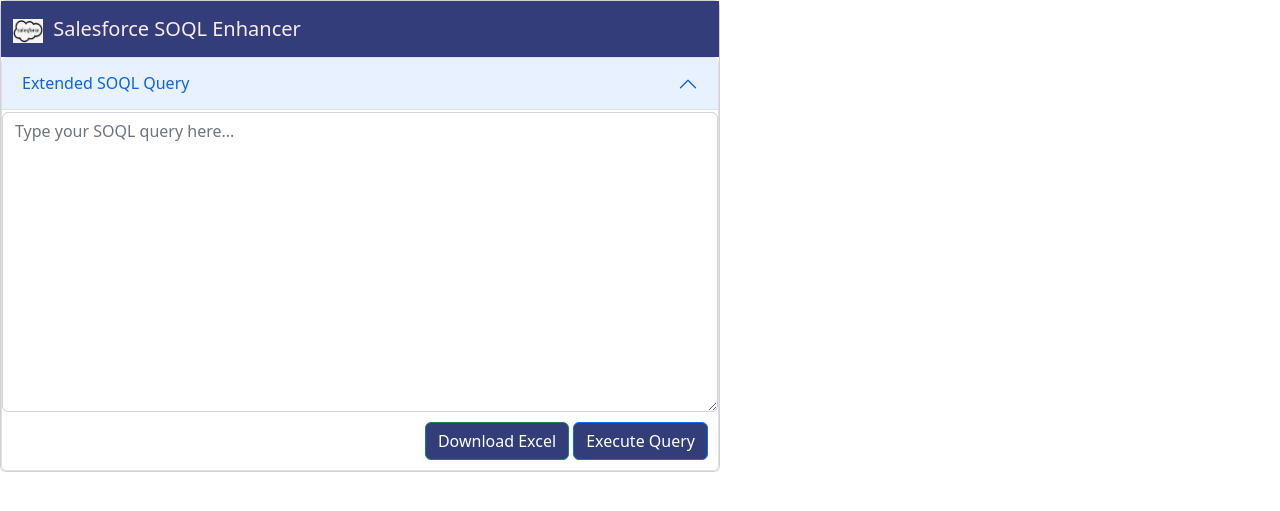
Repository: anweshpargi/salesforceExtension
Page: popup.html
The author's editor kept a copy of each file at every save. The page is drawn from the files as they stood at one save, then again after the next save.
The browser window is 1280 px wide. The pictures show the whole page.

Above is the page before, as saved 2023-08-27 00:13:31.
Not found: js/jsforce.js

After the next save:
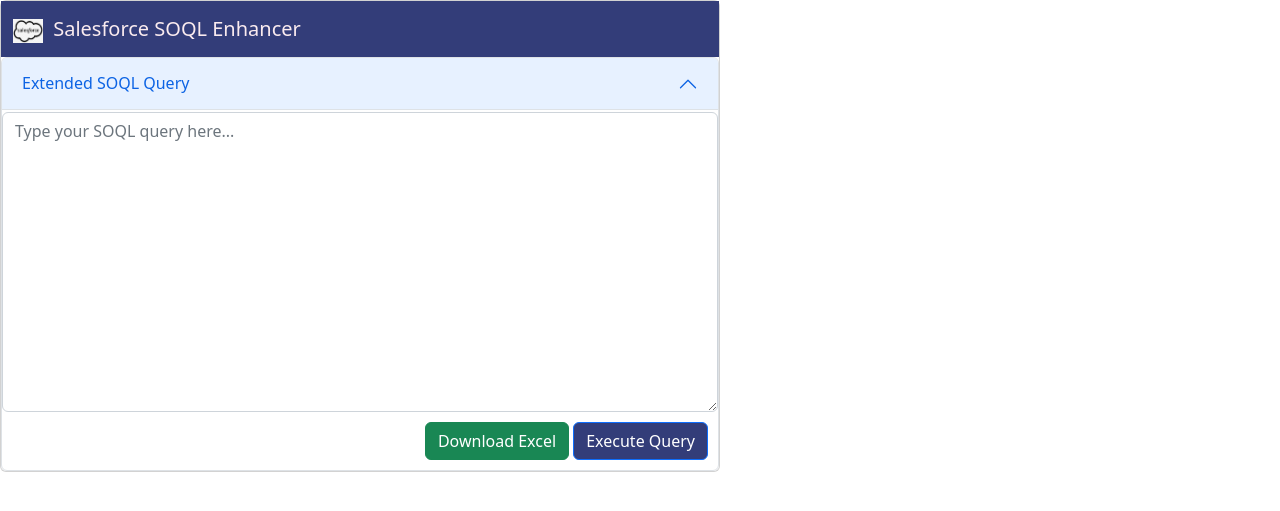
Saved 6 s later.
--- a/popup.html
+++ b/popup.html
@@ -48,7 +48,7 @@
                             <span > &nbsp; Processing wait... </span>
                         </span>
                         <span>
-                            <button class="btn btn-success" style="background-color: #333D79FF;"  id="downloadExcel" type="">Download Excel</button>
+                            <button class="btn btn-success"   id="downloadExcel" type="">Download Excel</button>
                         </span>
                         <button class="btn btn-primary" style="background-color: #333D79FF;"  id="getbutton" type="">Execute Query</button>
                     </div>
